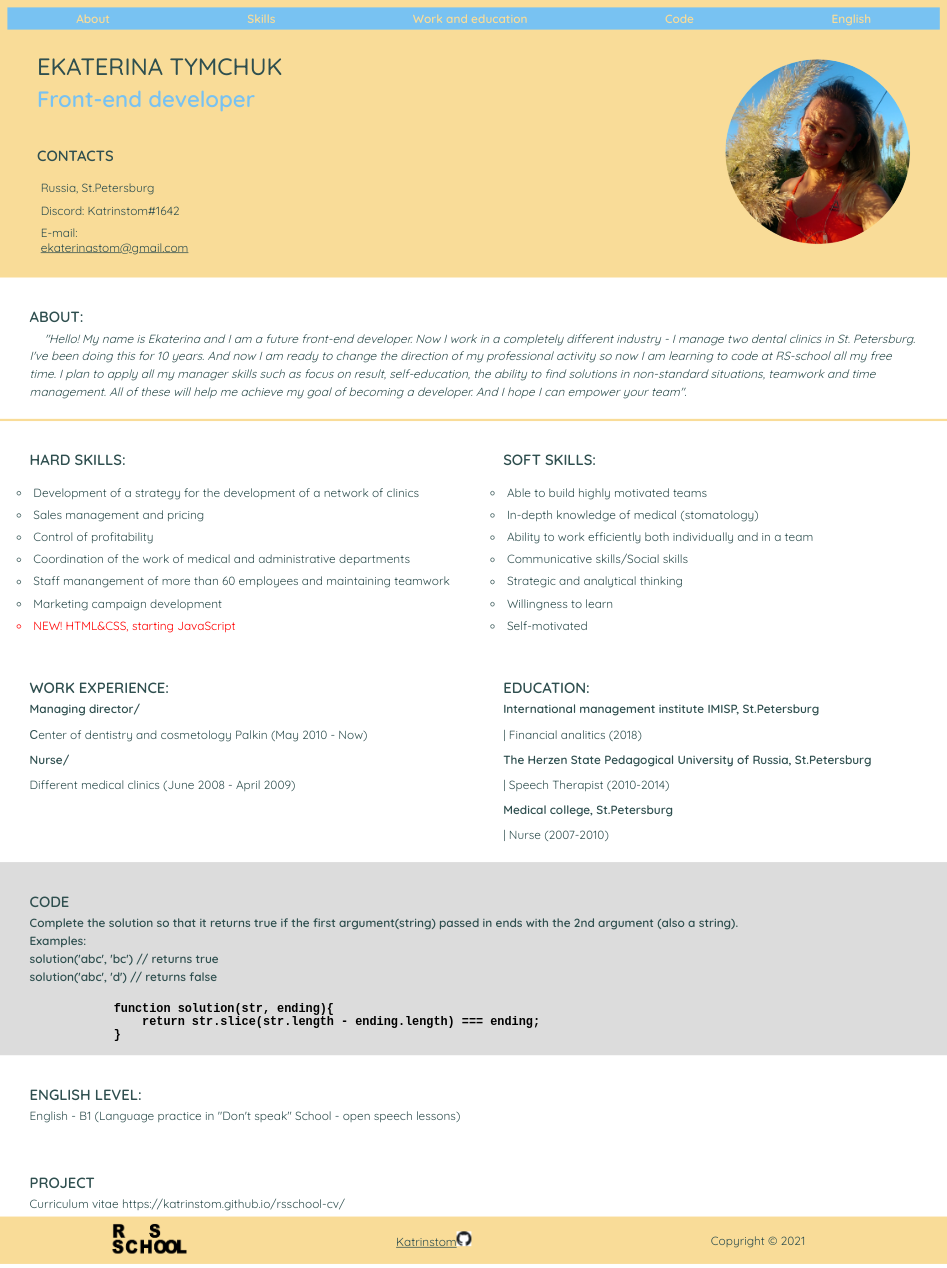
Repository: Katrinstom/rsschool-cv
Page: index.html
The author's editor kept a copy of each file at every save. The page is drawn from the files as they stood at one save, then again after the next save.
The browser window is 1280 px wide. The pictures show the whole page, at 74% of full size.

Above is the page before, as saved 2022-01-03 00:04:41.

### index.html
<!DOCTYPE html>
<html lang="en">
<head>
    <meta charset="UTF-8">
    <meta http-equiv="X-UA-Compatible" content="IE=edge">
    <meta name="viewport" content="width=device-width, initial-scale=1.0">
    <title>CV</title>
    <link type="text/css" rel="stylesheet" href="style.css"/>
    <link rel="preconnect" href="https://fonts.googleapis.com">
<link rel="preconnect" href="https://fonts.gstatic.com" crossorigin>
<link href="https://fonts.googleapis.com/css2?family=Quicksand:wght@400;500;600&display=swap" rel="stylesheet">
</head>
<body>
    <header class="bigblock section">
            <nav class="nav">
                <ul class="navlist">
                    <li class="nav-item"><a href="#about">About</a></li>
                    <li class="nav-item"><a href="#skills">Skills</a></li>
                    <li class="nav-item"><a href="#workandeducation">Work and education</a></li>
                    <li class="nav-item"><a href="#code">Code</a></li>
                    <li class="nav-item"><a href="#english">English</a></li>
                </ul>
            </nav>
                <img class="pic" src="images/1909_oooo.plus.png" alt="itsme" width="250" height="250">
                <h1>Ekaterina Tymchuk</h1>
                <h2>Front-end developer</h2>
                <h4>Contacts</h4>
                <ul class="nonumber">
                    <li>Russia, St.Petersburg</li>
                    <li>Discord: Katrinstom#1642</li>
                    <li>E-mail: <a href="mailto:ekaterinastom@gmail.com"> ekaterinastom@gmail.com</a></li>
                </ul>
        </header>
    <main class="section">
        <article>
            <div class="about" id="about">
                <h4>About:</h4>
                <p>"Hello! My name is Ekaterina and I am a future front-end developer. Now I work in a completely different industry - I manage two dental clinics in St. Petersburg. I've been doing this for 10 years. And now I am ready to change the direction of my professional activity so now I am learning to code at RS-school all my free time. I plan to apply all my manager skills such as focus on result, self-education, the ability to find solutions in non-standard situations, teamwork and time management. All of these will help me achieve my goal of becoming a developer. And I hope I can empower your team".</p>
            </div>
        </article>
        <section class="conteiner">
            <div class="skills" id="skills">
                <h4>Hard skills:</h4>
                <ul>
                    <li>Development of a strategy for the development of a network of clinics</li>
                    <li>Sales management and pricing</li>
                    <li>Control of profitability</li>
                    <li>Coordination of the work of medical and administrative departments</li>
                    <li>Staff manangement of more than 60 employees and maintaining teamwork</li>
                    <li>Marketing campaign development</li>
                    <li id="newskill">NEW! HTML&CSS, starting JavaScript</li>
                </ul>
            </div>
            <div class="skills" id="skills">
                <h4>Soft skills:</h4>
                <ul>
                    <li>Able to build highly motivated teams</li>
                    <li>In-depth knowledge of medical (stomatology)</li>
                    <li>Ability to work efficiently both individually and in a team</li>
                    <li>Communicative skills/Social skills</li>
                    <li>Strategic and analytical thinking</li>
                    <li>Willingness to learn</li>
                    <li>Self-motivated</li>
                </ul>
            </div>
        </section>
        <section class="conteiner">
            <div style="clear:both"></div>
            <div class="workandeducation" id="workandeducation">
                <h4>Work experience:</h4>
                <b>Managing director/</b>
                <p>Сenter of dentistry and cosmetology Palkin (May 2010 - Now)</p>
                <b>Nurse/</b>
                <p>Different medical clinics (June 2008 - April 2009)</p>
            </div>
            <div class="workandeducation" id="workandeducation">
                <h4>Education:</h4>
                <b>International management institute IMISP, St.Petersburg</b>
                <p>| Financial analitics (2018)</p>
                <b>The Herzen State Pedagogical University of Russia, St.Petersburg</b>
                <p>| Speech Therapist (2010-2014)</p>
                <b>Medical college, St.Petersburg</b>
                <p>| Nurse (2007-2010)</p>
            </div>
        </section>
        <section>
            <div class="code" id="code">
                <h4>Code</h4>
                <p>Complete the solution so that it returns true if the first argument(string) passed in ends with the 2nd argument (also a string).
                <br>Examples:
                <br>solution('abc', 'bc') // returns true
                <br>solution('abc', 'd') // returns false</p>
                <pre><code>
                function solution(str, ending){
                    return str.slice(str.length - ending.length) === ending;
                }
                </code></pre>
            </div>
            <div class="english" id="english">
            <h4>English level:</h4>
            <p>English - B1 (Language practice in "Don't speak" School - open speech lessons)</p>
            </div>
            <div class="project">
            <h4>Project</h4>
            <p>Curriculum vitae https://katrinstom.github.io/rsschool-cv/</p>
            </div>
        </section>
    </main>
        <footer class="footer section">
            <div class="flexcont">
                <a href="https://rs.school/js/"><img src="images/logo-rsschool3.png" alt="logo-rsschool3" width="100" height="40"></a>
                <a href="https://github.com/Katrinstom">Katrinstom<img src="images/gitpic.png" alt="gitlogo" width="20" height="20"></a>
                <p>Copyright © 2021</p>
             </div>
        </footer>
</body>
</html>

### style.css
html {
    scroll-behavior: smooth;
}
body {
    min-height: 100vh;
    margin: 0;
    padding: 0;
}
.section {
    max-width: 1280px;
    margin: 0 auto;
    flex-direction: column;
}
main {
    display: flex;
}
.bigblock {
    height: auto;
    background-color: #f9dc98;
    padding: 10px;
}
.nav {
    background-color: #78c2f2;
}
.navlist {
    display: flex;
    justify-content: space-around;
    align-items: center;
    padding: 0;
    margin: 0;
}
.nav-item {
    list-style: none;
}
.nav-item a {
    text-decoration: none;
    color: #f9dc98;
    font-weight: 600;
}
.nav-item a:hover {
    background-color:darkslategray;
    transition: 0.5s;
}
body {
    font-family: 'Quicksand', sans-serif;
}
h1 {
  padding: 30px 40px 5px;
  text-align: left;
  font-family:'Quicksand', sans-serif;
  font-weight: 500;
  font-size: 32px;
  text-transform: uppercase;
  color:darkslategray;
  margin: 0;
}
h2 {
    padding: 0px 40px 5px;
    text-align: left;
    font-family:'Quicksand', sans-serif;
    font-size: 30px;
    color:#78c2f2;
    margin: 0;
}
h3 {
    padding: 0px 40px 5px;
    text-align: left;
    font-family:'Quicksand', sans-serif;
    font-size: 25px;
    color:darkgrey;
    margin: 0;
}
h4 {
    font-family:'Quicksand', sans-serif;
    font-size: 20px;
    text-transform: uppercase;
    padding: 40px 40px 0px;
    text-align: left;
    color: darkslategray;
    margin: 0;
}
ul {
    list-style-type:circle;
    padding: auto;
}
.nonumber {
    list-style-type:none;
}
li {
    text-align: left;
    color: darkslategray;
    font-family: 'Quicksand', sans-serif;
    margin: 0;
    padding: 5px 5px 5px;
}
#newskill {
    color: red;
}
.about {
    border-bottom: solid 3px #f9dc98;
}
.about p {
    text-align: left;
    color: darkslategray;
    font-family: 'Quicksand', sans-serif;
    font-style: italic;
    margin-bottom: 20px;
    height: auto;
    width: auto;
    padding: 5px 40px 5px;
    line-height: 1.5;
    text-indent: 20px;
}
.english {
    text-align: left;
    color: darkslategray;
    margin-bottom: 20px;
    height: auto;
    width: auto;
    padding: 0;

}
.conteiner {
    display: flex;
    flex-direction: row;
    justify-content: space-around;
}
.skills {
    text-align: left;
    color: darkslategray;
    font-family: 'Quicksand', sans-serif;
    margin: 0;
    height: auto;
    width: 50%;
    padding: 0;
}
.workandeducation {
    text-align: left;
    color: darkslategray;
    font-family: 'Quicksand', sans-serif;
    margin-bottom: 20px;
    height: auto;
    width: 50%;
    padding: 0;
}
.pic {
    border-radius: 50%;
    float: right;
    padding: 40px;
}
p, b {
    display: block;
    text-align: left;
    color: darkslategray;
    font-family: 'Quicksand', sans-serif;
    margin: 0;
    height: auto;
    width: auto;
    padding: 5px 40px 5px;
    line-height: 1.5;
}
pre {
    margin: 0;
}
.code {
    text-align: left;
    background-color: gainsboro;
    display: block;
    font-size: 16px;
    font-weight: 600;
}
.flexcont {
    display: flex;
    flex-direction: row;
    justify-content: space-around;
    align-items: center;
}
a {
    display: block;
}
li a {
    color: darkslategray;
}
footer a {
    color: darkslategray;
}
.footer {
    height: auto;
    background-color: #f9dc98;
    padding: 10px;
}

After the next save:
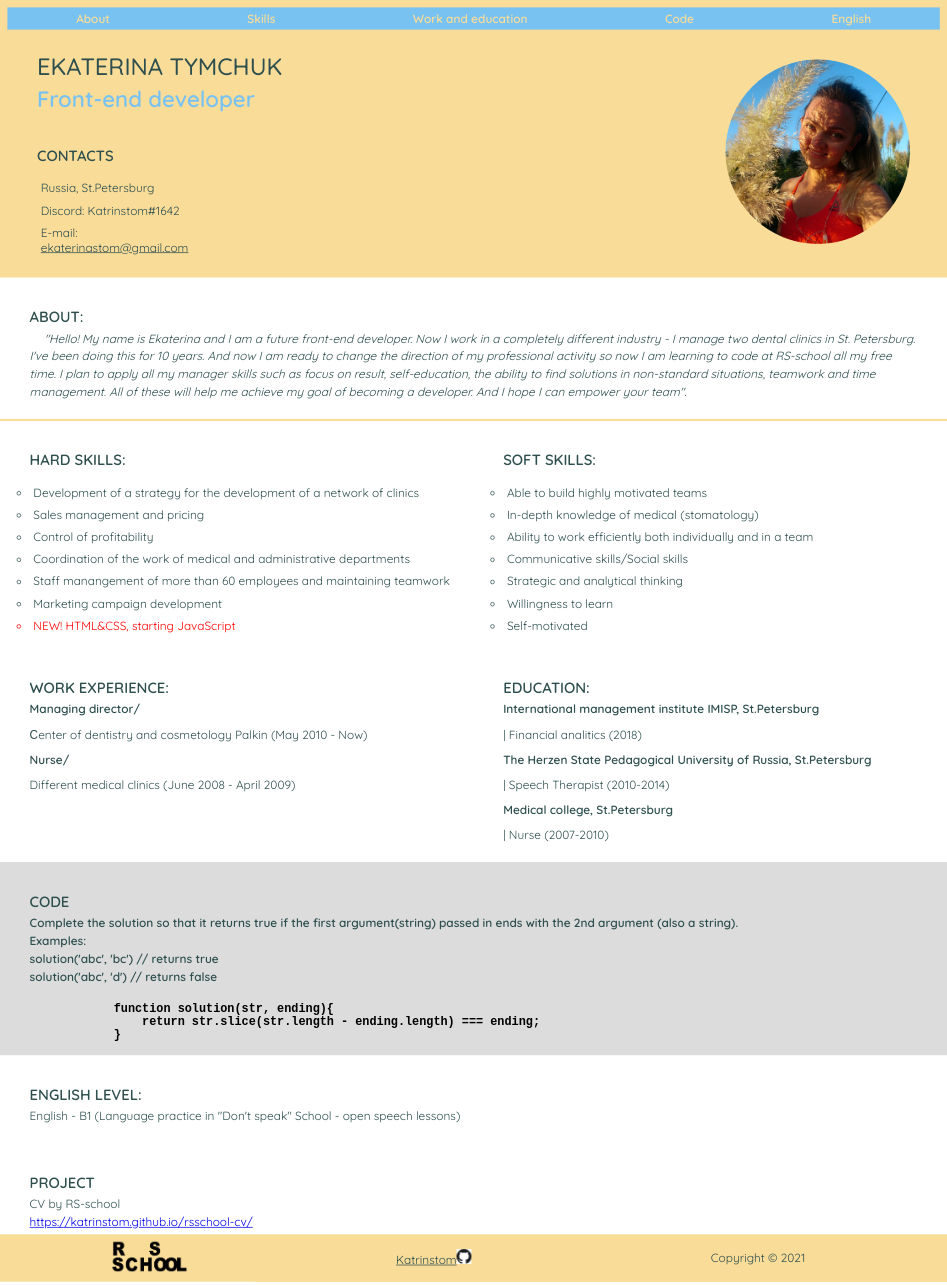
Saved 15 min 1 s later.
--- a/index.html
+++ b/index.html
@@ -102,7 +102,7 @@
             </div>
             <div class="project">
             <h4>Project</h4>
-            <p>Curriculum vitae https://katrinstom.github.io/rsschool-cv/</p>
+            <p>CV by RS-school <a href="https://katrinstom.github.io/rsschool-cv/">https://katrinstom.github.io/rsschool-cv/</a></p>
             </div>
         </section>
     </main>
